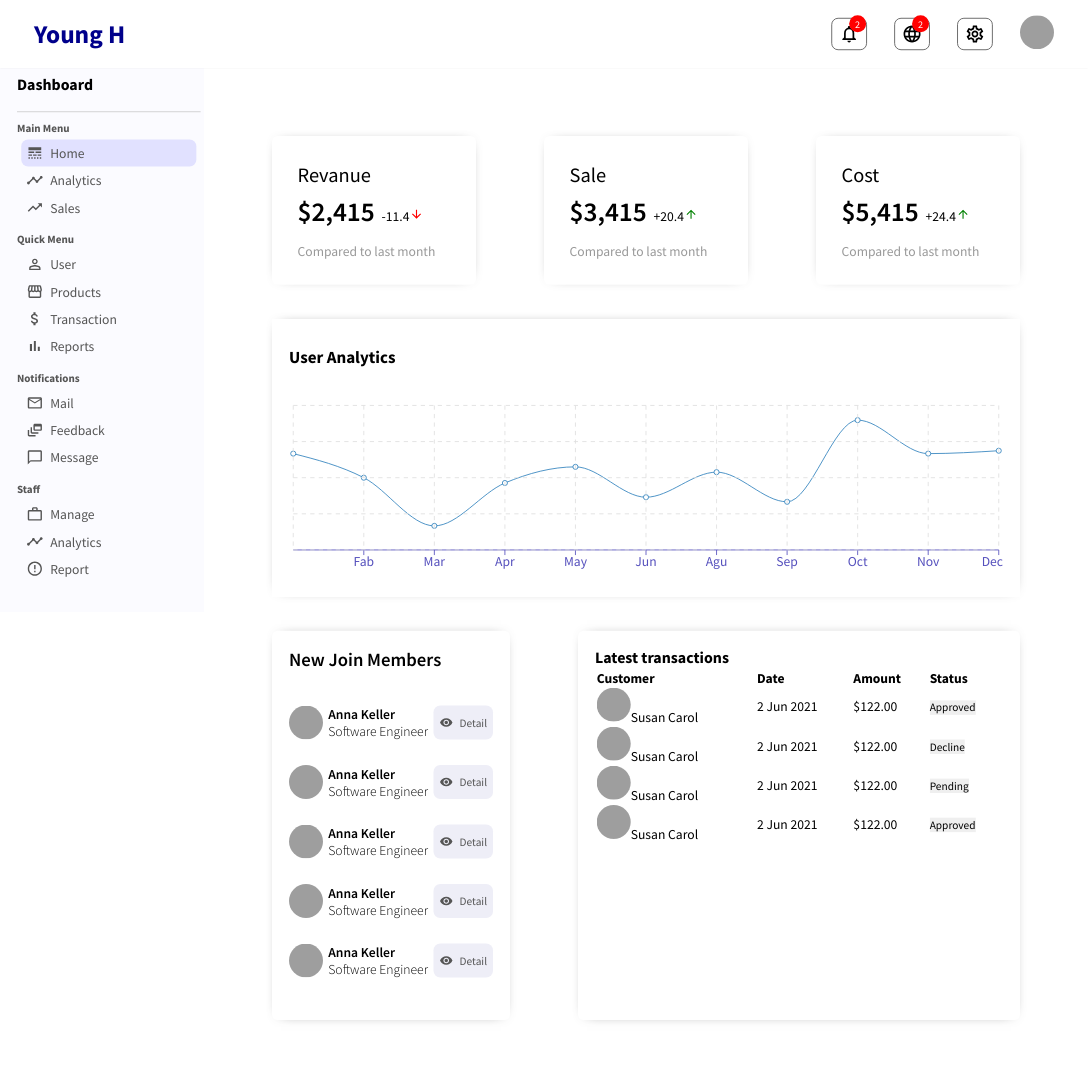
Repository: noname20011/admin
Page: /
These files come from the project's save history. The page is drawn as it stood at one moment and after the next save; the edit follows.
The browser window is 1280 px wide. The pictures show the whole page, at 85% of full size.
Pictures or frames that could not be fetched are drawn as grey boxes. The project was rebuilt for these pictures with package versions that can differ from the ones it lists, and the page was loaded fresh each time.

Above is the page before, as saved 2021-11-14 09:09:41.

After the next save:
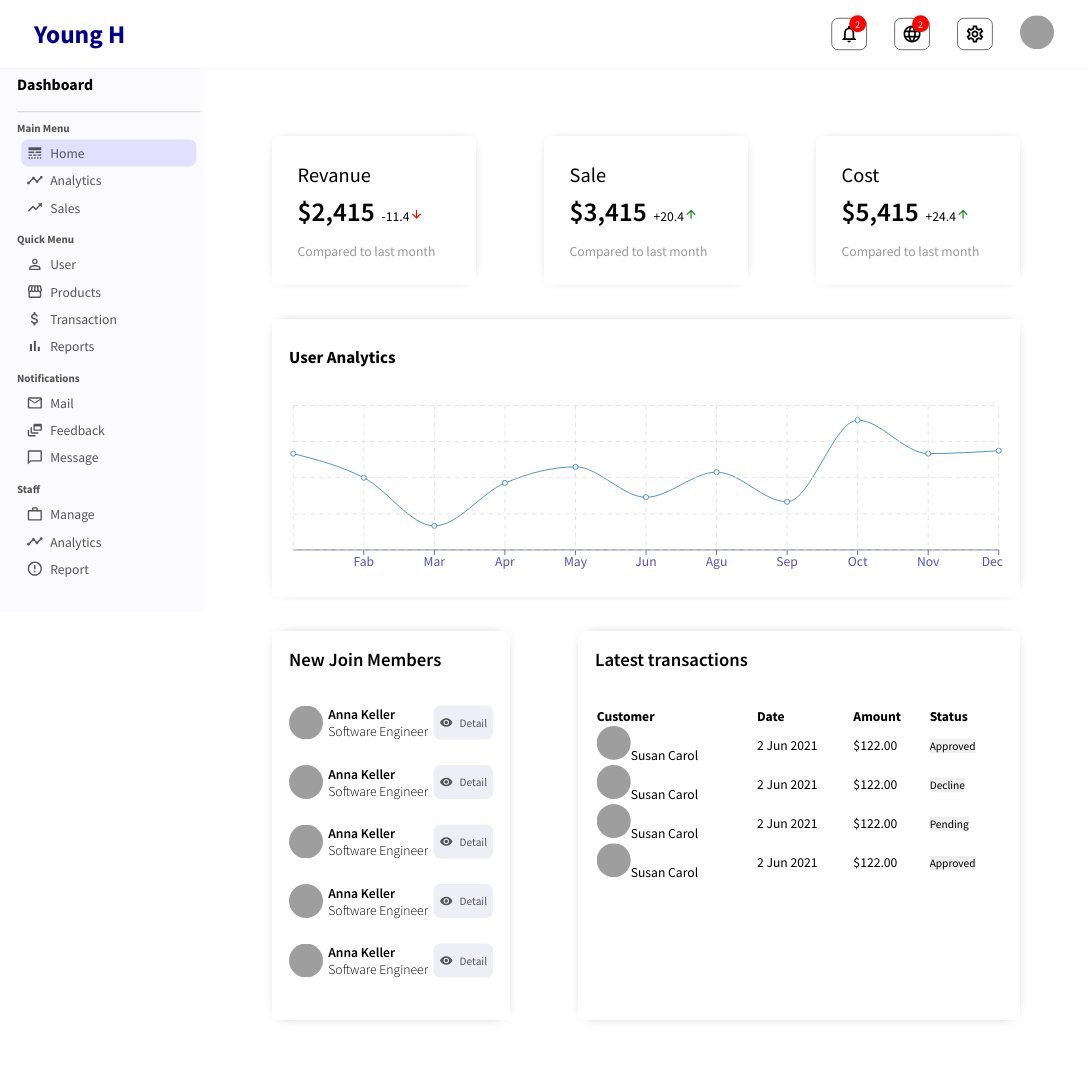
Saved 33 s later.
--- a/src/comopnents/widgetLg/widgetLg.css
+++ b/src/comopnents/widgetLg/widgetLg.css
@@ -11,6 +11,12 @@
     width: 100%;
 }
 
+.widgetLgTitle {
+    font-size: 22px;
+    font-weight: 600;
+    margin-bottom: 40px;
+}
+
 .widgetLgTr {
     text-align: left;
 }
